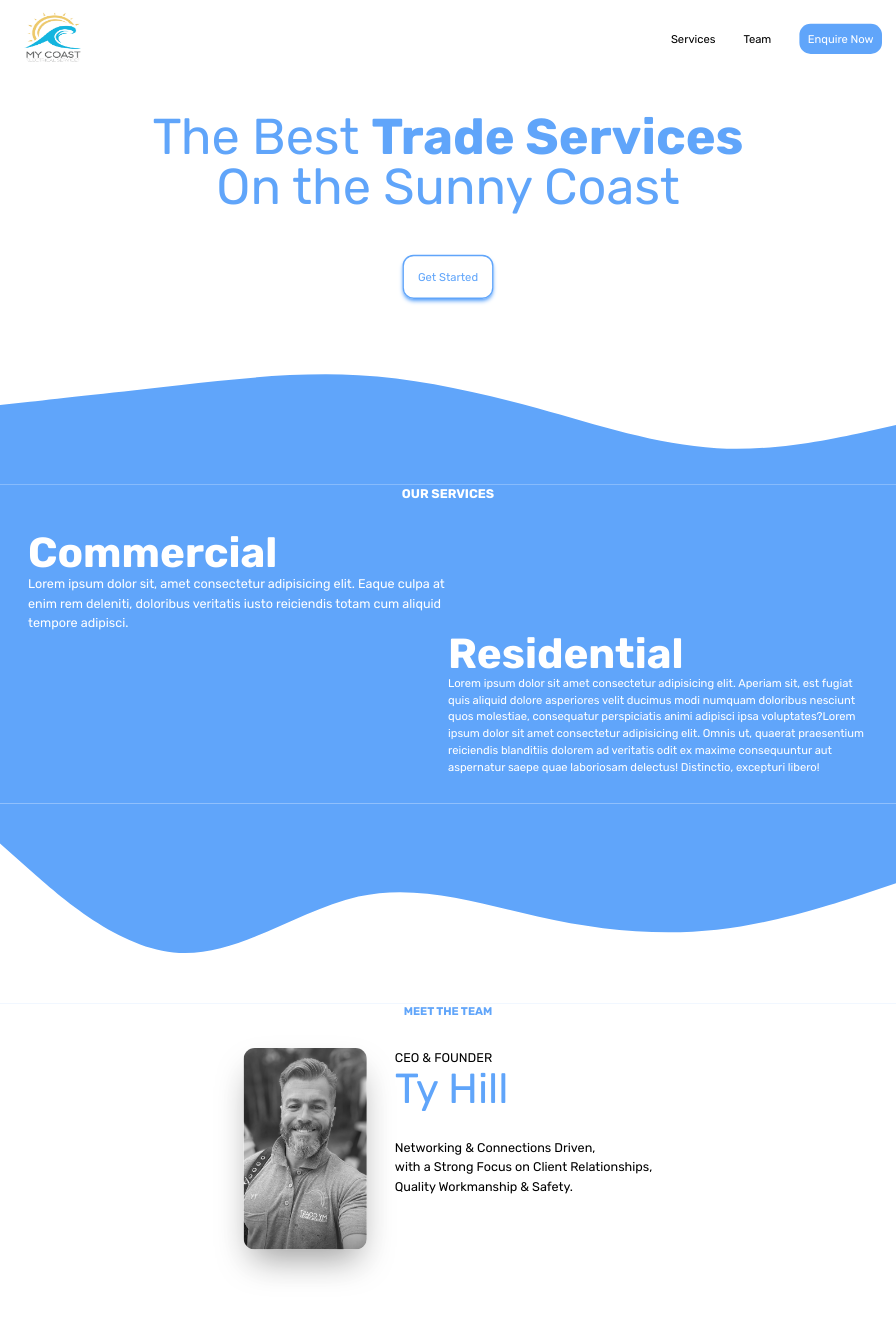
Repository: Jace-Kington/mce-website
Page: /
The author's editor kept a copy of each file at every save. The page is drawn from the files as they stood at one save, then again after the next save.
The browser window is 1280 px wide. The pictures show the part of the page from y = 0 to 1920 px (the page is 2879 px tall), at 70% of full size.
The project was rebuilt for these pictures with package versions that can differ from the ones it lists, and the page was loaded fresh each time. The framework's server and built-in components were replaced by stand-ins that run in the browser. Also part of the build but not shown: next.config.js.

Above is the page before, as saved 2022-11-12 14:08:58.

After the next save:
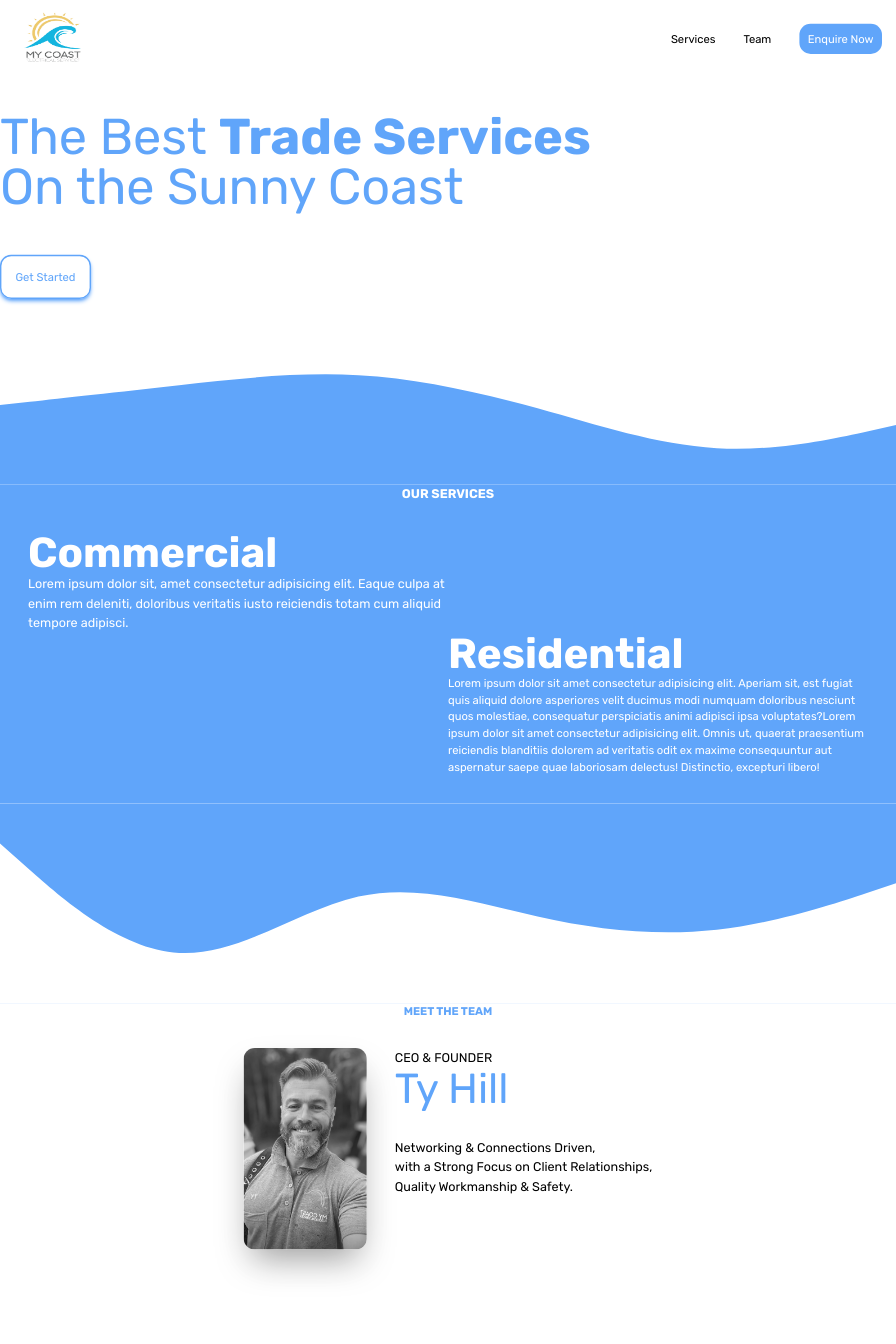
Saved 7 s later.
--- a/components/Navbar.jsx
+++ b/components/Navbar.jsx
@@ -33,7 +33,7 @@ const Navbar = () => {
         </div>
       </div>
 
-      <div className='text-center text-blue-400 mt-12'>
+      <div className='text-left text-blue-400 mt-12'>
         <div className='text-7xl'>
           The Best <strong>Trade Services</strong>
         </div>
